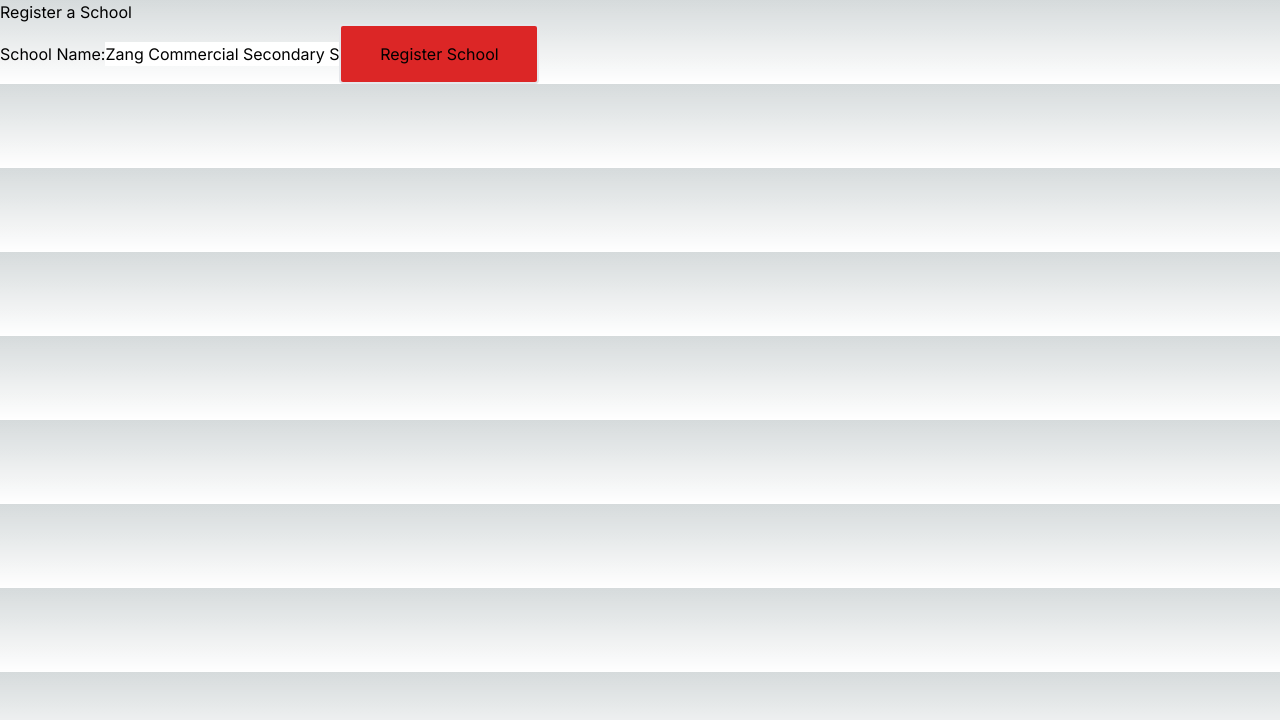
Repository: marcusdashe/fullstack-ts
Page: /school
The author's editor kept a copy of each file at every save. The page is drawn from the files as they stood at one save, then again after the next save.
The browser window is 1280 px wide. The pictures show the whole page.
The project was rebuilt for these pictures with package versions that can differ from the ones it lists, and the page was loaded fresh each time. The framework's server and built-in components were replaced by stand-ins that run in the browser. Also part of the build but not shown: next.config.js.

Above is the page before, as saved 2023-07-26 15:48:31.

After the next save:
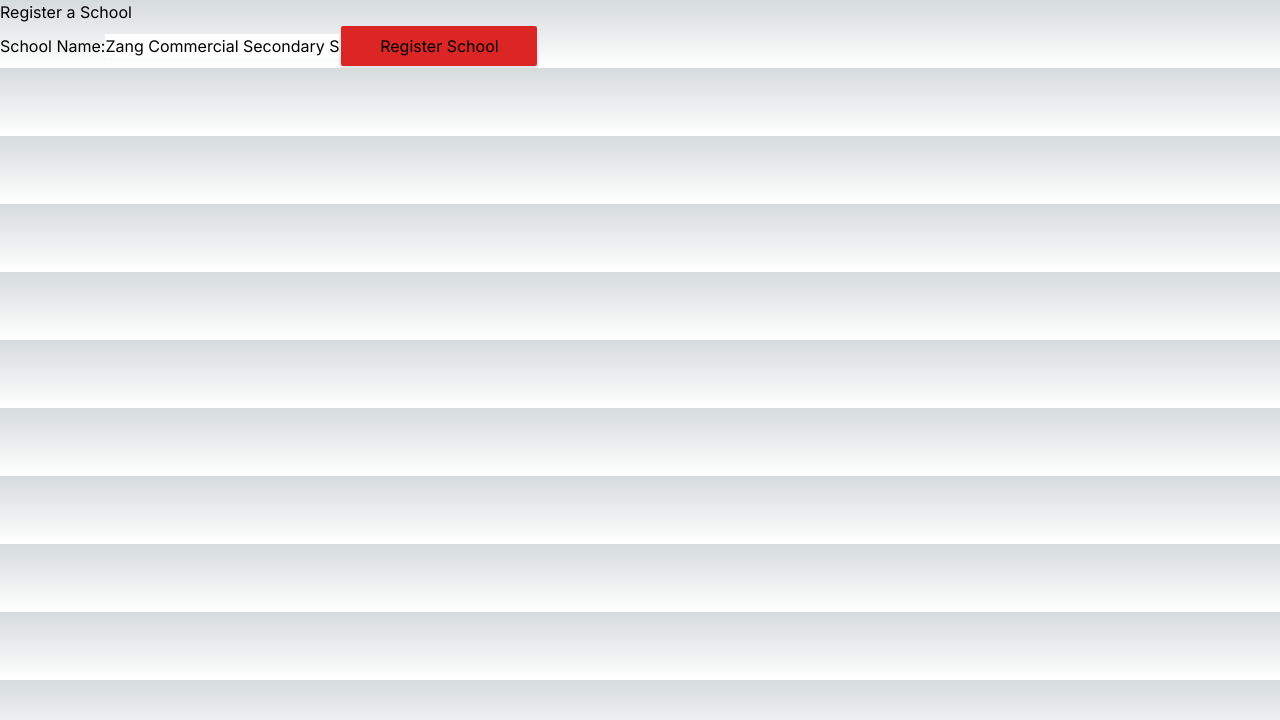
Saved 7 s later.
--- a/app/school/page.tsx
+++ b/app/school/page.tsx
@@ -51,7 +51,7 @@ const RegisterSchoolPage: React.FC = () => {
         </label>
         <button
           type="submit"
-          className="border border-2 bg-red-600 rounded p-4 w-[200px]  "
+          className="border border-2 bg-red-600 rounded p-2 w-[200px]  "
         >
           Register School
         </button>
